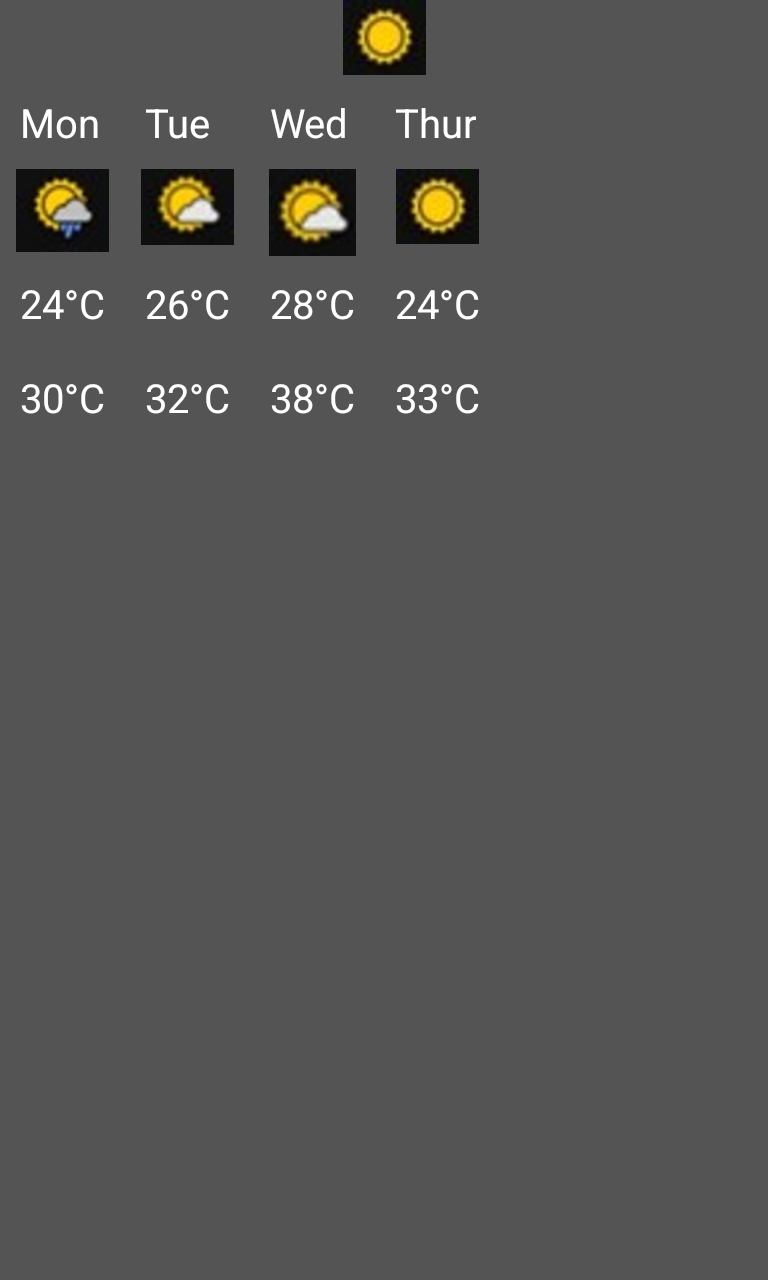
Repository: 12030121002/androideventhandling
Layout: Demo/res/layout/weather.xml
An editor plug-in stored every save of this project. The layout is shown before and after the next save, followed by the edit.
It is drawn on a 768 x 1280 px phone screen (xhdpi) without system bars, with theme AppTheme; the app's code is not run.

Above is the layout before, as saved 2014-12-08 04:56:39.

### Demo/res/layout/weather.xml
<?xml version="1.0" encoding="utf-8"?>
<TableLayout xmlns:android="http://schemas.android.com/apk/res/android"
    android:layout_width="match_parent"
    android:layout_height="match_parent"
    android:background="@color/grey">
    <ImageView
        android:id="@+id/imageView1"
        android:layout_width="wrap_content"
        android:layout_height="wrap_content"
        android:src="@drawable/wednesday" />

   <TableRow android:layout_width="wrap_content"
	    android:layout_height="wrap_content">

    <TextView

        android:layout_width="wrap_content"
        android:layout_height="wrap_content"
        android:text="@string/t1"
        android:textColor="@color/white"
        android:padding="10dp"
        android:textSize="20sp"
        />

    <TextView
        android:layout_width="wrap_content"
        android:layout_height="wrap_content"
        android:text="@string/t2"
        android:textColor="@color/white"
        android:padding="10dp"
        android:textSize="20sp"
       />
   <TextView
        android:layout_width="wrap_content"
        android:layout_height="wrap_content"
        android:text="@string/t3"
        android:textColor="@color/white"
        android:padding="10dp"
        android:textSize="20sp"
       />
   <TextView
        android:layout_width="wrap_content"
        android:layout_height="wrap_content"
        android:text="@string/t4"
        android:textColor="@color/white"
        android:padding="10dp"
        android:textSize="20sp"
       />
</TableRow>

 <TableRow android:layout_width="wrap_content"
	    android:layout_height="wrap_content">


    <ImageView
        android:id="@+id/imageView3"
        android:layout_width="wrap_content"
        android:layout_height="wrap_content"
        android:src="@drawable/tuesday" />

    <ImageView
        android:id="@+id/imageView2"
        android:layout_width="wrap_content"
        android:layout_height="wrap_content"
        android:src="@drawable/monday" />

    <ImageView
        android:id="@+id/imageView5"
        android:layout_width="wrap_content"
        android:layout_height="wrap_content"
        android:src="@drawable/thursday" />

    <ImageView
        android:id="@+id/imageView4"
        android:layout_width="wrap_content"
        android:layout_height="wrap_content"
        android:src="@drawable/wednesday" />

   </TableRow>

<TableRow android:layout_width="wrap_content"
	    android:layout_height="wrap_content">
   <TextView

        android:layout_width="wrap_content"
        android:layout_height="wrap_content"
         android:text="@string/one"
        android:textColor="@color/white"
        android:padding="10dp"
        android:textSize="20sp"
         />


    <TextView

        android:layout_width="wrap_content"
        android:layout_height="wrap_content"
         android:text="@string/two"
        android:textColor="@color/white"
         android:padding="10dp"
        android:textSize="20sp"
        />


    <TextView

        android:layout_width="wrap_content"
        android:layout_height="wrap_content"
         android:text="@string/three"
        android:textColor="@color/white"
         android:padding="10dp"
        android:textSize="20sp"
         />

    <TextView

        android:layout_width="wrap_content"
        android:layout_height="wrap_content"
         android:text="@string/four"
        android:textColor="@color/white"
         android:padding="10dp"
        android:textSize="20sp"
         />
    </TableRow>
    <TableRow android:layout_width="wrap_content"
	    android:layout_height="wrap_content">
   <TextView

        android:layout_width="wrap_content"
        android:layout_height="wrap_content"
         android:text="@string/five"
        android:textColor="@color/white"
        android:padding="10dp"
        android:textSize="20sp"
         />


    <TextView

        android:layout_width="wrap_content"
        android:layout_height="wrap_content"
         android:text="@string/six"
        android:textColor="@color/white"
         android:padding="10dp"
        android:textSize="20sp"
        />


    <TextView

        android:layout_width="wrap_content"
        android:layout_height="wrap_content"
         android:text="@string/seven"
        android:textColor="@color/white"
         android:padding="10dp"
        android:textSize="20sp"
         />

    <TextView

        android:layout_width="wrap_content"
        android:layout_height="wrap_content"
         android:text="@string/eight"
        android:textColor="@color/white"
         android:padding="10dp"
        android:textSize="20sp"
         />
    </TableRow>


</TableLayout>

### Demo/res/values/strings.xml
<?xml version="1.0" encoding="utf-8"?>
<resources>

    <string name="app_name">Demo</string>
    <string name="action_settings">Settings</string>
    <string name="hello_world">Hello world!</string>
	<string name="title"> WELCOME!! \m/ </string>
	<string name="Welcome">Welcome</string>
	<color name="red">#ff0000</color>
	<string name="click_here">Click here</string>
	<string name="bca">BCA</string>
	<color name="grey">#545454</color>
	<string name="one">24°C</string>
	<color name="white">#ffffff</color>
	<string name="two">26°C</string>
	<string name="three">28°C</string>
	<string name="four">24°C</string>
		<string name="five">30°C</string>
	<string name="six">32°C</string>
	<string name="seven">38°C</string>
	<string name="eight">33°C</string>
	<string name="t1">Mon</string>
	<string name="t2">Tue</string>
	<string name="t3">Wed</string>
	<string name="t4" >Thur</string>
</resources>

Loaded but not shown: Demo/res/values/styles.xml (common file); Demo/res/values-v11/styles.xml (common file); Demo/res/values-v14/styles.xml (common file)

After the next save:
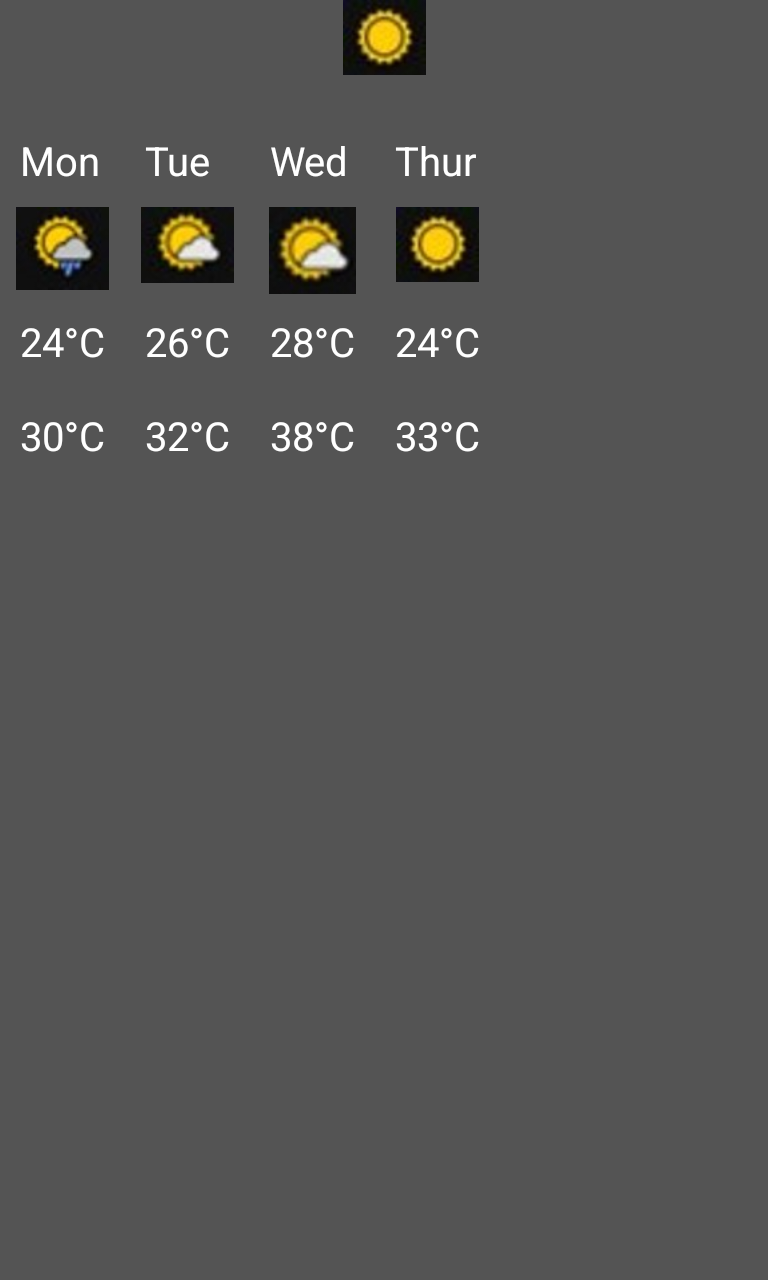
Saved 3 min 37 s later.
--- a/Demo/res/layout/weather.xml
+++ b/Demo/res/layout/weather.xml
@@ -9,6 +9,21 @@
         android:layout_height="wrap_content"
         android:src="@drawable/wednesday" />
 
+  <TableRow android:layout_width="wrap_content"
+	    android:layout_height="wrap_content">
+    <TextView
+        android:id="@+id/editText1"
+        android:layout_width="wrap_content"
+        android:layout_height="wrap_content"
+        />
+
+       <TextView
+        android:id="@+id/editText2"
+        android:layout_width="wrap_content"
+        android:layout_height="wrap_content"
+     />
+
+       </TableRow>
    <TableRow android:layout_width="wrap_content"
 	    android:layout_height="wrap_content">
 
